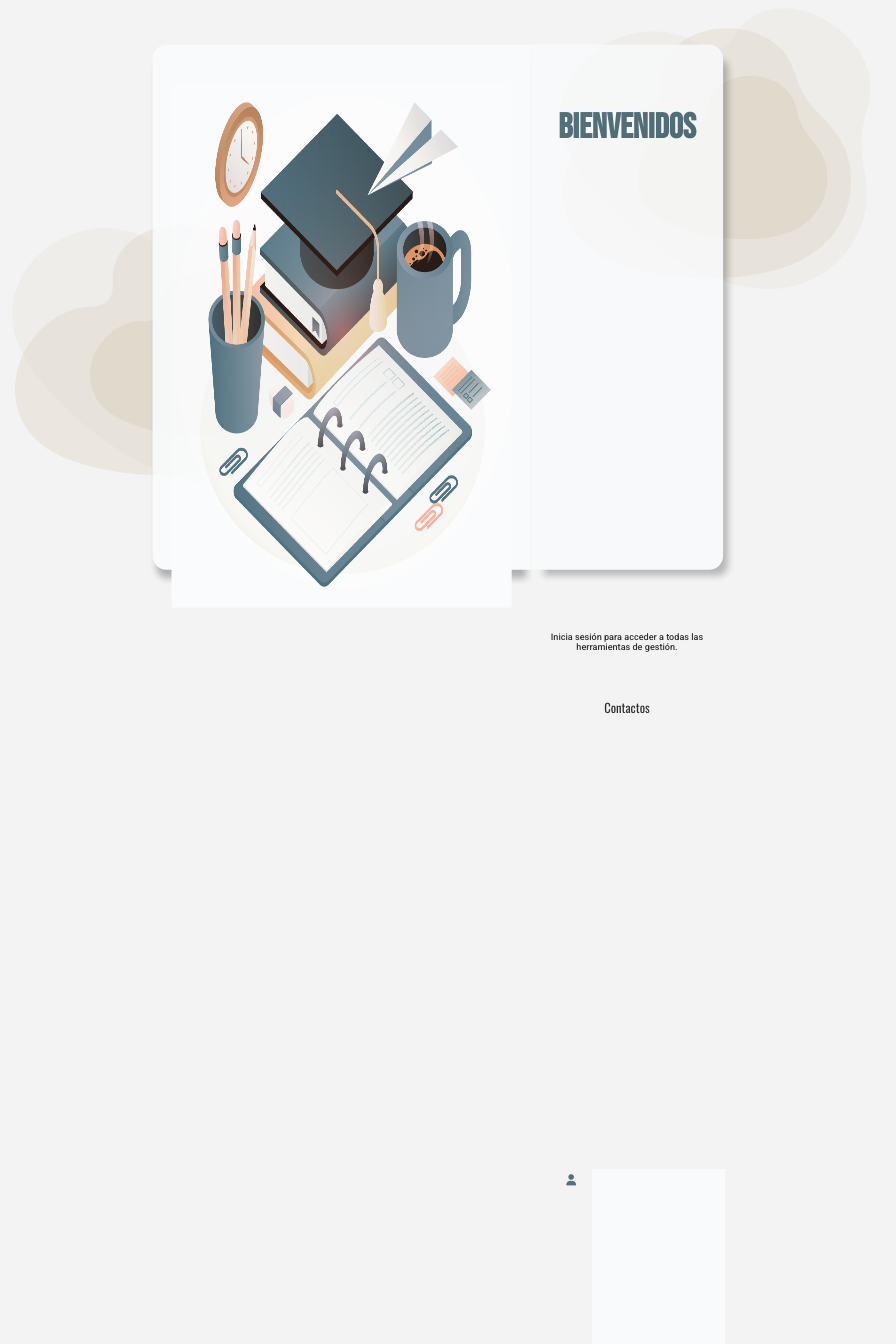
Repository: AlejandraBarrachina23/TPIntegrador_Barrachina_Java
Page: http://localhost/Alejandra_Barrachina_TP_Integrador1/login.jsp
The author's editor kept a copy of each file at every save. The page is drawn from the files as they stood at one save, then again after the next save.
The browser window is 1280 px wide. The pictures show the part of the page from y = 0 to 1920 px (the page is 4020 px tall before and 814 px after), at 70% of full size.
Some web fonts or font styles are not loaded; a fallback is used. Some web libraries are served in a nearby version. The page is served by Tomcat 9. Nobody is signed in. The application's start-up code is not run. Other server files are loaded and not shown.

Above is the page before, as saved 2019-12-16 01:26:41.

### Alejandra_Barrachina_TP_Integrador1/WebContent/login.jsp
<%@ page language="java" contentType="text/html; charset=ISO-8859-1"
    pageEncoding="ISO-8859-1"%>
 <%@page import="Dominio.Usuario"%>
<!DOCTYPE html>
<html>
<head>
<meta charset="ISO-8859-1">
<title>Sistema Universitario</title>
<link href="https://fonts.googleapis.com/css?family=Oswald:300,400&display=swap" rel="stylesheet">
<link href="https://fonts.googleapis.com/css?family=Staatliches&display=swap" rel="stylesheet">
<link href="https://fonts.googleapis.com/css?family=Fjalla+One&display=swap" rel="stylesheet">
<link href="https://fonts.googleapis.com/css?family=Bebas+Neue&display=swap" rel="stylesheet">
<link href="https://fonts.googleapis.com/css?family=Roboto:400,500&display=swap" rel="stylesheet">
<script src="https://kit.fontawesome.com/735f5623c2.js" crossorigin="anonymous"></script>
<link href="estilos.css" type="text/css" rel=stylesheet>
</head>
<body>
	<form id="form-login" method="post" action="serveletUsuario">
	<div id="form-login-left">
			<img src="img/fondo.png" alt="fondo-universidad">
		</div>
		<div id="form-login-right">
			<div id="login-informacion">
				<h1>Bienvenidos</h1>
				<p>Inicia sesión para acceder a todas las<br> herramientas de gestión.</p><br>
				<div class="text-box"><i class="fas fa-user"></i><input type="text" name="tboxUsuario" placeholder="Usuario" required></div><br>
				<div class="text-box"><i class="fas fa-lock"></i><input type="password" name="tboxContrasenia" placeholder="Constraseña" required></div><br>
				<input class="main-button" type="submit" name="btnLogin" value="INICIAR SESIÓN"><br><br>
				<a href="recuperacion.jsp">¿Olvidaste la contraseña?</a><br>
			</div>
			<label id="login-avisos"></label>
			<div id="login-contacto">
				<p>Contactos</p>
				<a href="https://es-la.facebook.com/UTNRegionalPacheco/" target=_blank><img src="img/facebook.svg" class="iconos-redes" alt="logo-facebook"></a>
				<a href="https://twitter.com/utnfrgpprensa?lang=es" target=_blank><img src="img/twitter.svg" class="iconos-redes" alt="logo-facebook"></a>
				<a href="https://ar.linkedin.com/company/utn-frgp" target=_blank><img src="img/linkedin.svg" class="iconos-redes" alt="logo-facebook"></a>
			</div>
		</div>
	</form>
<script>

let EstadoUsuario ='<%=session.getAttribute("EstadoLogin")%>';
let Aviso = document.getElementById("login-avisos");

	if (EstadoUsuario === 'No existe') Aviso.textContent= "EL USUARIO INGRESADO ES INCORRECTO";
	else if(EstadoUsuario ==="Contrasenia Incorrecta")Aviso.textContent= "LA CONTRASEÑA INGRESADA ES INCORRECTA";

</script>
</body>
</html>

### Alejandra_Barrachina_TP_Integrador1/WebContent/estilos.css
@charset "ISO-8859-1";


* {
	padding:0px;
	margin:0px;
	border:0px;
	height:100%;
}

body {
		background-color:#f3f3f3;
		background-image: url(iconos/fondo.png);
		background-repeat: no-repeat;
 		background-size: cover;


}

html,body{

margin:0px;

}


/*=============================================================
      FORMULARIO LOGIN
 ============================================================== */

 #error-404 {

 	background-color:#fff;
 	width:65;
 	height:750px;;
 	margin	: 5% 17%;
 	box-shadow: 0px 18px 10px -6px rgba(0,0,0,0.31);
 	text-align:center;
 	font-family: 'Francois One', sans-serif;
 	border-radius: 15px;

 }

 #error-404 a{

	color:black;

 }

  #error-404 img {

  width:70%;

  }

  #error-404 h2 {

  font-size:50px;
  }


  #login-avisos {

  	color:red;
  	margin-left:25%;
  	font-size:12px;
  }

 #form-login {

	width:65%;
 	margin	: 5% 17%;

}

#form-login-right, #form-login-left {


	height:750px;
	float:left;
	background-color:#F9FBFC;

}

#form-login-left {

	width:65%;
	border-top-left-radius: 20px;
	border-bottom-left-radius: 20px;
	box-shadow: 0px 18px 10px -6px rgba(0,0,0,0.31);
	opacity:0.9;
}

#form-login-left img {

	width:90%;
	padding	: 10% 5%;

}

#form-login-right {

	width:33%;
	border-top-right-radius: 20px;
	border-bottom-right-radius: 20px;
	box-shadow: 13px 14px 10px -6px rgba(0,0,0,0.31);
	opacity:0.8;

}


h1 {

		font-size:50px;
		font-family: 'Bebas Neue', cursive;
		color:#2C5060;
		margin-top:30%;
		text-align:center;
}

p, #form-login-right a {

	font-family: 'Roboto', sans-serif;
	font-weight: 500;
	font-size: 13px;
	color:black;
	text-align:center;
}

.text-box {

	border-bottom: 1px solid black;
	width:250px;
	text-align: center;
	margin-left:12%;
}

.text-box i {

	float:left;
	color: #2C5060;
	padding:7px;
}

#form-login-right [type="text"], #form-login-right [type="password"]{

	padding:5px;
	width:180px;
	border:none;
	outline:none;
	background-color:#FAFCFD;
	font-family: 'Oswald', sans-serif;

}

.main-button {

	background-color: #2C5060;
	color:white;
	width:35%;
	font-size:15px;
	border-style:none;
	padding:5px;
	border-radius: 15px;
	border: 0px solid #000000;
	box-shadow: 10px 10px 25px -13px rgba(0,0,0,0.75);
	font-family: 'Oswald', sans-serif;
	margin-left: 50%;

}

.main-button:hover {

	background-color: #1a6373;
}

.iconos-redes {

	width:5%;

}


#login-informacion {

	width:90%;
	padding:5%;

}


#login-informacion a{

	font-family: 'Oswald', sans-serif;
	font-size:15px;
	margin-left:48%;
}

#login-contacto{

	margin-top:50%;
	text-align:center;
}


#login-contacto p {

	font-size:18px;
	font-family: 'Oswald', sans-serif;

}

#login-recuperacion{

	padding-top:20%;
	text-align:center;

}

.restart-button{

	background-color: #2C5060;
	color:white;
	width:35%;
	font-size:15px;
	border-style:none;
	padding:5px;
	border-radius: 15px;
	border: 0px solid #000000;
	box-shadow: 10px 10px 25px -13px rgba(0,0,0,0.75);
	font-family: 'Oswald', sans-serif;

}

#form-advertencia {

	width:100%;
	text-align:center;
	margin-top:50%;
	color:#E16C78;
	font-family: 'Oswald', sans-serif;

}

.icono-advertencia{

	margin-top:15%;
	padding:2%;
	width:30%;
	margin: 0 auto;

}

#form-advertencia p {

	color:#E16C78;
	font-size: 15px;
}

.blue{

	color:#30A9E3;
}


 /*=======================
      FORMULARIO INDEX
 ========================= */

 .section-principal{

	float:left;
	height:1100px;
	width:90%;
	background-color:#f3f3f3;
	color:black;
	text-align:center;
	margin-left:10%;
}

.section-principal select {

	font-family: 'Oswald', sans-serif;
	border:1px solid black;
	margin:5px;
	padding:2px;
	color:black;
}

.section-principal input{

	width:15%;
	padding:5px;
	border:1px solid black;
	font-family: 'Oswald', sans-serif;
}

.section-principal label{

	font-size:18px;
	font-family: 'Oswald', sans-serif;

}

.section-principal a{

	color:black;

}


nav {

	background-color:#2C5060;
	font-family: 'Francois One', sans-serif;
	width:10%;
	height:950px;
	font-size:15px;
	float:left;
	position:fixed;

}

 ul {

	list-sytle: none;
	width:100%;
}

a {

	text-decoration:none;
	color:white;

}

li:hover {

	border-left: solid 4px #2896BC;
	background-color: #2F5866;
	transition: background-color 0.3s;
	transition: border 0.3s;

}

ul li {

	border-left: solid 4px #2C5060;
	font-family: 'Oswald', sans-serif;
	padding:15px;
	border-bottom: 1px solid #2D5C6D;


}

.icon{

	width:13%;
	padding-right:5px;

}


#icon-usuario{

	width:40%;
}

li .icon{

	float:left;

}


#user {

	width:100%;
	margin-top:40%;
	text-align:center;
	padding: 10% 0%;
	border-bottom: 1px solid #2D5C6D;

}

#user h2{

	color:#fff;

}

#user p, #header-user p {

	font-size:15px;
	color:#fff;
	padding:8px;
	font-family: 'Oswald', sans-serif;
}

 /*=======================
      FORMULARIO ALUMNOS
 ========================= */


#logo{

	width:30%;
	height:150px;
	border-bottom: 1px solid white;
	color:white;
	text-align:center;
	margin-top:30px;
}

#alumnos-principal {

	background-color:#fff;
	width:83%;
	margin-left: 200px;
	height:300px;
	box-shadow: 10px 10px 25px -13px rgba(0,0,0,0.75);

}

#form-agregar-usuario {

	background-color: white;
	width:95%;
	height:200px;
	margin:20px;
	padding:10px;
	box-shadow: 10px 10px 25px -13px rgba(0,0,0,0.75);
	display: none;


}

#form-listado-alumnos,#form-cursos,#form-listado-calificaciones {

	background-color: white;
	width:97%;
	height:970px;
	margin:20px;
	padding:10px;
	box-shadow: 10px 10px 25px -13px rgba(0,0,0,0.75);

}

#form-cursos{

	background-color:#f3f3f3;
	box-shadow: none;
}

#btn-flecha {

	background-image: url("iconos/flecha.png");
	background-repeat: no-repeat;
	width:25px;
	height:25px;
	background-color:#2C5060;
	border: 0;
	float:right;

}

.dato {

	float:left;
	margin: 10px;
	width:23%;


}

.dato input {

		width: 200px;
		background: #f3f3f3;
		font: inherit;
		box-shadow: 0 6px 10px 0 rgba(0, 0, 0 , .1);
		border: 0;
		outline: 0;
		padding: 8px;

}

.encabezados {

	background-color:#2C5060;
	color:white;
	padding:10px;
	margin:10px;
	font-family: 'Oswald', sans-serif;

}



h3 {

	display:inline;

}

label {

	color:#2C5060;
	font-family: 'Open Sans', sans-serif;
	font-weight: 600;
	font-size: 10px;
}

.flecha {

	float:right;
}

.content-table{

	border-collapse:collapse;
	margin:20px 10px;
	font-size:0.9em;
	width:99%;
	min-width:600px;
	box-shadow: 7px 9px 23px -13px rgba(0,0,0,0.93);
	font-family: 'Roboto', sans-serif;

}

.content-table-cursos{

	border-collapse:collapse;
	margin:20px 10px;
	font-size:0.9em;
	width:50%;
	min-width:600px;
	box-shadow: 7px 9px 23px -13px rgba(0,0,0,0.93);
	font-family: 'Roboto', sans-serif;
}

.content-table th, .content-table-cursos {

	background-color:#2C5060;
	color:white;
	font-weight: 600;
	padding:12px;



}

.content-table tr,
.content-table td {

	padding:5px 5px;

}

.content-table td {

	border-bottom: 1px solid #dddddd;

}

.content-table tr:nth-of-type(even) {

	background-color:#f3f3f3;

}

.content-table tr:last-of-type {

	border-bottom: 3px solid #2C5060;

}

.content-table-cursos .content-fileter{

	width:50%;

}

.content-filter {

	background-color:#f3f3f3;
	width:100%;
	text-align:center;
	padding:10px;


}

.pie-pagina{

	float:left;
	margin-top:20px;
	text-align:right;
	width:100%;
}

 /*=======================
      FORMULARIO ALUMNOS
 ========================= */

#section-index{

	float:left;
	height:900px;
	width:100%;
	margin:1px 1px;
	text-align:center;

}

#index-encabezado{

	background-color:#2C5060;
	text-align:center;
	height:295px;
	width:100%;

}

#section-index img {

	width:50%;

}

#index-descripcion {

	box-shadow: 10px 10px 25px -13px rgba(0,0,0,0.75);
	font-family: 'Roboto', sans-serif;
	background-color:#fff;
}


#index-descripcion-encabezado{

	text-align:center;
	background-color:#fff;

}

#index-descripcion-encabezado img{

	width:50%;

}

#index-descripcion-encabezado h2{

	font-size:50px;
	font-family: 'Francois One', sans-serif;
	color:#2C5060;

}

#index-descripcion-encabezado p{

	font-size:15px;
	font-family: 'Francois One', sans-serif;
	color:#2C5060;

}

#index-descripcion-contenido{

	text-align:center;
	height:430px;
	padding-left:220px;
}

#index-descripcion-contenido-profesores{


	height:430px;
	width:100%;


}

#index-descripcion-contenido-profesores .index-item-descripcion{

	width:18%;
	height:300px;
	float:left;
	margin-left:40%;

}

.index-item-descripcion {

	width:18%;
	height:300px;
	float:left;
	margin:30px;

}

.index-item-descripcion img {

	width:40%;
	padding:0% 20%;
	margin:0% 5%;
}

.index-item-descripcion h3 {

	font-size:25px;
	font-family: 'Oswald', sans-serif;

}

.index-item-descripcion p {

	font-size:15px;

}

.btn-index {

	padding:10px;
	margin:10px 38px;
	background-color: #2C5060;
	font-family: 'Oswald', sans-serif;
	font-size:20px;
	color:#fff;
	width:60%;
	box-shadow: 10px 10px 25px -13px rgba(0,0,0,0.75);
	float:left;
	text-align:center;

}

.modal-fondo {

	background: rgba(0,0,0,0.3);
	position:fixed;
	top:0;
	bottom:0;
	left:0;
	right:0;
	display:flex;
	align-items:center;
	justify-content:center;
	visibility:hidden;

}

.modal-fondo.active{

	visibility:visible;
}

.modal-contenido {

	background-color:#fff;
	box-shadow: 10px 10px 25px -13px rgba(0,0,0,0.75);
	width:20%;
	border: 3px solid #2C5060;
	padding-bottom: 15px;
}

.modal-contenido .btn-modal {

	width:30%;
	color:white;
	background-color: #2C5060;
	font-size:20px;
	padding:5px;
	margin:5px;

}

.modal-contenido [type="text"] {

	width:70%;
	font-size: 13px;
	margin-bottom:15px;

}

.modal-contenido h3 {

	font-size: 20px;
	font-family: 'Oswald', sans-serif;
	background-color:#2C5060;
	display:block;
	color:#fff;
	padding:8px;

}

.modal-contenido label {

	font-size: 15px;
	font-family: 'Roboto', sans-serif;
}

.modal-contenido select, .modal-contenido [type="date"], .modal-contenido [type="email"], .modal-contenido [type="number"] {

	font-family: 'Oswald', sans-serif;
	border:1px solid black;
	margin:5px;
	padding:2px;
	width:74%;
	padding:1%;
	color:black;

}

.modal-contenido [type="date"], .modal-contenido [type="email"], .modal-contenido [type="number"]{

	width:71%;

}

.opciones {

	color:black;
	background-color:#fff;

}

.btnFormulario {

	width:12%;
	padding:10px;
	font-size: 15px;
	font-family: 'Oswald', sans-serif;
	border-radius: 8px;
	background-color:#2C5060;
	color:white;
	float:right;
	border:0;
	margin:8px;
}

td .btn-modificar {

	width:22%;
	height:32px;
	background-image:url(iconos/modificar.png);
	background-repeat: no-repeat;
	border:none;
	background-color:inherit;
}

td .btn-eliminar {

	width:22%;
	height:32px;
	background-image:url(iconos/borrar.png);
	background-repeat: no-repeat;
	border:none;
	background-color:inherit;

}

td .btn-mostrar {

	width:12%;
	height:32px;
	background-color:blue;
	background-image:url(iconos/mostrar.png);
	background-repeat: no-repeat;
	border:none;
	background-color:inherit;
}

td .btn-calificaciones {

	width:12%;
	height:32px;
	background-image:url(iconos/notas.png);
	background-repeat: no-repeat;
	border:none;
	background-color:inherit;
}

/*=============================================================
      FORMULARIO CURSOS
 ============================================================== */

#form-curso-izquierda{

	background-color: #fff;
	width:38%;
	float:left;
	color:black;
	padding:0px 5%;
	box-shadow: 10px 10px 25px -13px rgba(0,0,0,0.75);
}

#form-curso-derecha{

	width:38%;
	float:left;
	box-shadow: 10px 10px 25px -13px rgba(0,0,0,0.75);
	padding:5px 5%;
	margin-left:2%;
	background-color:#fff;

}

#form-curso-izquierda [type="text"], #form-curso-izquierda select{

	padding:5px;
	width:180px;
	background-color:#FAFCFD;
	font-family: 'Roboto', sans-serif;
	font-size: 12px;
	color:black;

}

#form-curso-izquierda label {

	font-size:18px;
	display: block;
	witdh:20px;
}

.form-cursos-encabezado-izquierda{

	background-color: #2C5060;
	width:100%;
	margin: 20px 0px;
	padding:1px;


}

.form-cursos-encabezado-izquierda h2{

	color:white;
	padding:2px;
	font-family: 'Oswald', sans-serif;
}

#form-curso-derecha #listado-alumnos {

	text-align:center;
	width:100%;

}

#form-curso-derecha #listado-alumnos li {

	font-size:15px;
	padding:0;
	width:20%;
	border:none;
	background-color:none;
	margin-left:40%;
	list-style: none;



}

#form-curso-derecha #listado-alumnos li:hover {

	background-color:white;
}

/*=============================================================
      FORMULARIO CALIFICACIONES
 ============================================================== */

.busqueda-califaciones{

	width:98%;
	margin:1%;
	box-shadow: 0px 18px 10px -6px rgba(0,0,0,0.31);
	background-color:#fff;
	padding-bottom:2%;

}

.busqueda-califaciones h2{

	width:99%;
	background-color:blue;
	color:#fff;
	background-color:#2C5060;
	font-family: 'Oswald', sans-serif;
	padding:0.5%;
	margin-bottom:1%;

}

#form-listado-calificaciones h2{

	color:#fff;
	background-color:#2C5060;
	font-family: 'Oswald', sans-serif;
	width:99%;
	padding:0.5%;

}


/*=============================================================
      FORMULARIO REPORTES
 ============================================================== */


#form-reportes{

	background-color: #f3f3f3;
	width:97%;
	height:970px;
	margin:20px;
	padding:10px;

}

#form-reportes-fila-uno{

	width:85%;
	height:250px;
	padding-left: 15%;

}

.fila-uno-items{

	width:15%;
	height:190px;
	float:left;
	margin:1%;
	box-shadow: 0px 18px 10px -6px rgba(0,0,0,0.31);
	background-color:#fff;
	padding:1%;
	border-radius:10px;

}

.fila-uno-items img {

	width:40%;
	padding:3%;


}

.fila-uno-items h2 {

	font-family: 'Oswald', sans-serif;
	font-size:20px;

}

.fila-uno-items p {

	font-size:25px;
	font-family: 'Francois One', sans-serif;
	color:#2C5060;

}

.fila-uno-items-pie{

	padding:2%;
	margin-left:25%;
}

.fila-uno-items-pie img {

	width:12%;
	float:left;
}


.fila-uno-items-pie p {

	font-size:20px;
	float:left;

}

#form-reportes-fila-dos{

	width:100%;
	margin-top:3%;
	height:500px;


}

.form-reportes-graficos{

	width:25%;
	background-color:#fff;
	float:left;
	box-shadow: 0px 18px 10px -6px rgba(0,0,0,0.31);
	margin:3% 1%;
	padding:3%;
	border-radius:5px;
}

.form-reportes-graficos h3 {

	font-family: 'Oswald', sans-serif;
	margin:5%;
}

#form-reportes-fila-dos h2, #form-reportes-fila-tres h2{

	font-family: 'Oswald', sans-serif;
	background-color:#2C5060;
	color:white;
	width:99.5%;
	padding:0.5%;

}

.fila-uno-items-pie{

	border-top: 1px solid #f3f3f3;

}

#form-reportes-fila-tres {

	width:100%;
	heigth:300px;

}

.reporte-fila-tres-promedio{

	width:39%;
	float:left;
	text-align:center;
	margin:0.5%;
	background-color:#fff;
	box-shadow: 0px 18px 10px -6px rgba(0,0,0,0.31);
	padding:0.5% 5%;

}

.reporte-fila-tres-promedio h3{

	font-family: 'Oswald', sans-serif;
}

#form-reportes-fila-tres .content-table {

	width:100%;
	float:left;
	padding:20px;
	margin:3% 6%;

}

.resultado-busqueda{

	width:98%;
	heigth:500px;
	background-color:#fff;
	overflow:hidden;
	margin-left:1%;
}

.resultado-busqueda-asistencias{

	width:98%;
	heigth:500px;
	overflow:hidden;
	margin-left:1%;

}

.tabla-resultado-busqueda{

	width:60%;
	float:left;
	margin: 1% 20%;

}

.resultado-busqueda-asistencias .tabla-resultado-busqueda{

	width:30%;
	float:left;
	margin: 1% 20%;
}


.titulos {

	background-color:#2C5060;
	color:#fff;
	padding:0.5%;
	font-family: 'Oswald', sans-serif;

}

.form-reportes-graficos-asistencias{

	width:30%;
}


.form-reportes-graficos-asistencias h3{

	font-family: 'Oswald', sans-serif;
}

.resultado-busqueda-asistencias .graficos-resultado-busqueda .form-reportes-graficos-asistencias{

	margin-left:35%;
	margin-top:1%;
}

.resultado-busqueda-asistencias .tabla-resultado-busqueda{

	margin-left:32%;
	margin-top:1%;
}

### Alejandra_Barrachina_TP_Integrador1/WebContent/img/facebook.svg
<?xml version="1.0" encoding="iso-8859-1"?>
<!-- Generator: Adobe Illustrator 18.0.0, SVG Export Plug-In . SVG Version: 6.00 Build 0)  -->
<!DOCTYPE svg PUBLIC "-//W3C//DTD SVG 1.1//EN" "http://www.w3.org/Graphics/SVG/1.1/DTD/svg11.dtd">
<svg version="1.1" id="Capa_1" xmlns="http://www.w3.org/2000/svg" xmlns:xlink="http://www.w3.org/1999/xlink" x="0px" y="0px"
	 viewBox="0 0 455.73 455.73" style="enable-background:new 0 0 455.73 455.73;" xml:space="preserve">
<path style="fill:#3A559F;" d="M0,0v455.73h242.704V279.691h-59.33v-71.864h59.33v-60.353c0-43.893,35.582-79.475,79.475-79.475
	h62.025v64.622h-44.382c-13.947,0-25.254,11.307-25.254,25.254v49.953h68.521l-9.47,71.864h-59.051V455.73H455.73V0H0z"/>
<g>
</g>
<g>
</g>
<g>
</g>
<g>
</g>
<g>
</g>
<g>
</g>
<g>
</g>
<g>
</g>
<g>
</g>
<g>
</g>
<g>
</g>
<g>
</g>
<g>
</g>
<g>
</g>
<g>
</g>
</svg>

### Alejandra_Barrachina_TP_Integrador1/WebContent/img/twitter.svg
<?xml version="1.0" encoding="iso-8859-1"?>
<!-- Generator: Adobe Illustrator 18.0.0, SVG Export Plug-In . SVG Version: 6.00 Build 0)  -->
<!DOCTYPE svg PUBLIC "-//W3C//DTD SVG 1.1//EN" "http://www.w3.org/Graphics/SVG/1.1/DTD/svg11.dtd">
<svg version="1.1" id="Capa_1" xmlns="http://www.w3.org/2000/svg" xmlns:xlink="http://www.w3.org/1999/xlink" x="0px" y="0px"
	 viewBox="0 0 455.731 455.731" style="enable-background:new 0 0 455.731 455.731;" xml:space="preserve">
<g>
	<rect x="0" y="0" style="fill:#50ABF1;" width="455.731" height="455.731"/>
	<path style="fill:#FFFFFF;" d="M60.377,337.822c30.33,19.236,66.308,30.368,104.875,30.368c108.349,0,196.18-87.841,196.18-196.18
		c0-2.705-0.057-5.39-0.161-8.067c3.919-3.084,28.157-22.511,34.098-35c0,0-19.683,8.18-38.947,10.107
		c-0.038,0-0.085,0.009-0.123,0.009c0,0,0.038-0.019,0.104-0.066c1.775-1.186,26.591-18.079,29.951-38.207
		c0,0-13.922,7.431-33.415,13.932c-3.227,1.072-6.605,2.126-10.088,3.103c-12.565-13.41-30.425-21.78-50.25-21.78
		c-38.027,0-68.841,30.805-68.841,68.803c0,5.362,0.617,10.581,1.784,15.592c-5.314-0.218-86.237-4.755-141.289-71.423
		c0,0-32.902,44.917,19.607,91.105c0,0-15.962-0.636-29.733-8.864c0,0-5.058,54.416,54.407,68.329c0,0-11.701,4.432-30.368,1.272
		c0,0,10.439,43.968,63.271,48.077c0,0-41.777,37.74-101.081,28.885L60.377,337.822z"/>
</g>
<g>
</g>
<g>
</g>
<g>
</g>
<g>
</g>
<g>
</g>
<g>
</g>
<g>
</g>
<g>
</g>
<g>
</g>
<g>
</g>
<g>
</g>
<g>
</g>
<g>
</g>
<g>
</g>
<g>
</g>
</svg>

### Alejandra_Barrachina_TP_Integrador1/WebContent/img/linkedin.svg
<?xml version="1.0" encoding="iso-8859-1"?>
<!-- Generator: Adobe Illustrator 18.0.0, SVG Export Plug-In . SVG Version: 6.00 Build 0)  -->
<!DOCTYPE svg PUBLIC "-//W3C//DTD SVG 1.1//EN" "http://www.w3.org/Graphics/SVG/1.1/DTD/svg11.dtd">
<svg version="1.1" id="Capa_1" xmlns="http://www.w3.org/2000/svg" xmlns:xlink="http://www.w3.org/1999/xlink" x="0px" y="0px"
	 viewBox="0 0 455.731 455.731" style="enable-background:new 0 0 455.731 455.731;" xml:space="preserve">
<g>
	<rect x="0" y="0" style="fill:#0084B1;" width="455.731" height="455.731"/>
	<g>
		<path style="fill:#FFFFFF;" d="M107.255,69.215c20.873,0.017,38.088,17.257,38.043,38.234c-0.05,21.965-18.278,38.52-38.3,38.043
			c-20.308,0.411-38.155-16.551-38.151-38.188C68.847,86.319,86.129,69.199,107.255,69.215z"/>
		<path style="fill:#FFFFFF;" d="M129.431,386.471H84.71c-5.804,0-10.509-4.705-10.509-10.509V185.18
			c0-5.804,4.705-10.509,10.509-10.509h44.721c5.804,0,10.509,4.705,10.509,10.509v190.783
			C139.939,381.766,135.235,386.471,129.431,386.471z"/>
		<path style="fill:#FFFFFF;" d="M386.884,241.682c0-39.996-32.423-72.42-72.42-72.42h-11.47c-21.882,0-41.214,10.918-52.842,27.606
			c-1.268,1.819-2.442,3.708-3.52,5.658c-0.373-0.056-0.594-0.085-0.599-0.075v-23.418c0-2.409-1.953-4.363-4.363-4.363h-55.795
			c-2.409,0-4.363,1.953-4.363,4.363V382.11c0,2.409,1.952,4.362,4.361,4.363l57.011,0.014c2.41,0.001,4.364-1.953,4.364-4.363
			V264.801c0-20.28,16.175-37.119,36.454-37.348c10.352-0.117,19.737,4.031,26.501,10.799c6.675,6.671,10.802,15.895,10.802,26.079
			v117.808c0,2.409,1.953,4.362,4.361,4.363l57.152,0.014c2.41,0.001,4.364-1.953,4.364-4.363V241.682z"/>
	</g>
</g>
<g>
</g>
<g>
</g>
<g>
</g>
<g>
</g>
<g>
</g>
<g>
</g>
<g>
</g>
<g>
</g>
<g>
</g>
<g>
</g>
<g>
</g>
<g>
</g>
<g>
</g>
<g>
</g>
<g>
</g>
</svg>

After the next save:
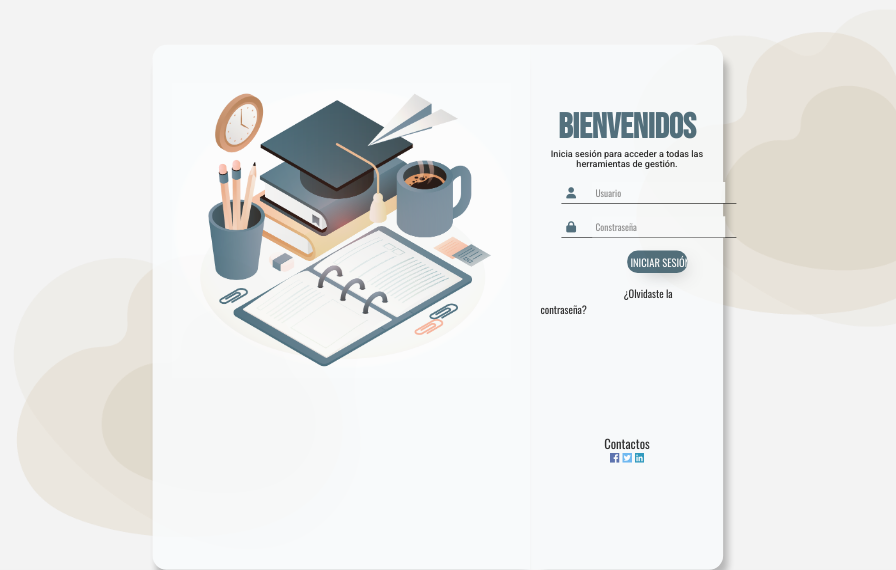
Saved 6 s later.
--- a/Alejandra_Barrachina_TP_Integrador1/WebContent/estilos.css
+++ b/Alejandra_Barrachina_TP_Integrador1/WebContent/estilos.css
@@ -5,7 +5,6 @@
 	padding:0px;
 	margin:0px;
 	border:0px;
-	height:100%;
 }
 
 body {
